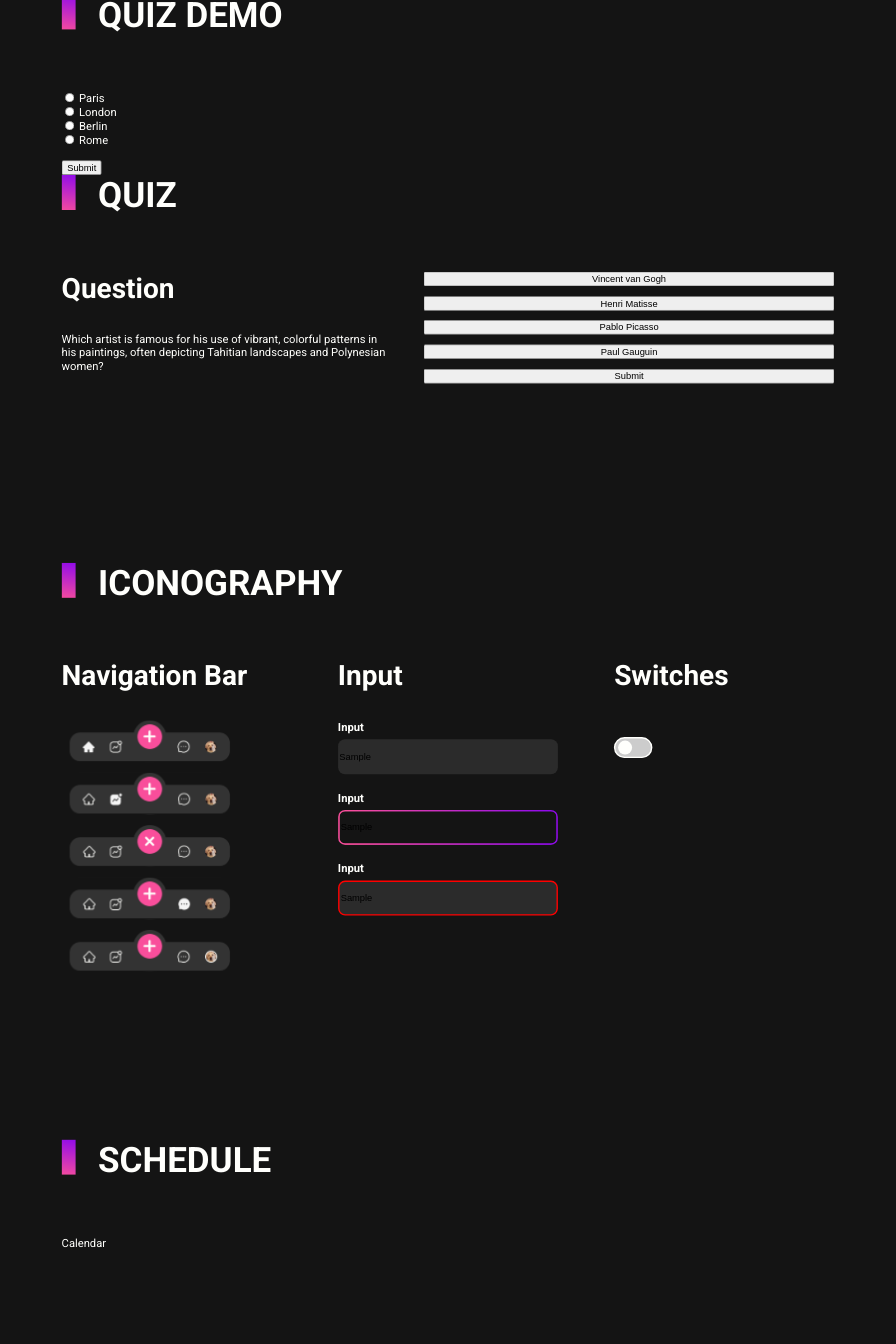
Repository: MonicaNguyenH/artflow_frontend_vanJS
Page: index.html
The author's editor kept a copy of each file at every save. The page is drawn from the files as they stood at one save, then again after the next save.
The browser window is 1280 px wide. The pictures show the part of the page from y = 2510 to 4430 px (the page is 4959 px tall before and 4978 px after), at 70% of full size.
Empty fields were first filled with sample values (such as "Sample", 5 or name@example.com).
After loading, the first visible `button` was clicked once.
Some web fonts or font styles are not loaded; a fallback is used.

Above is the page before, as saved 2024-05-10 00:38:58.

After the next save:
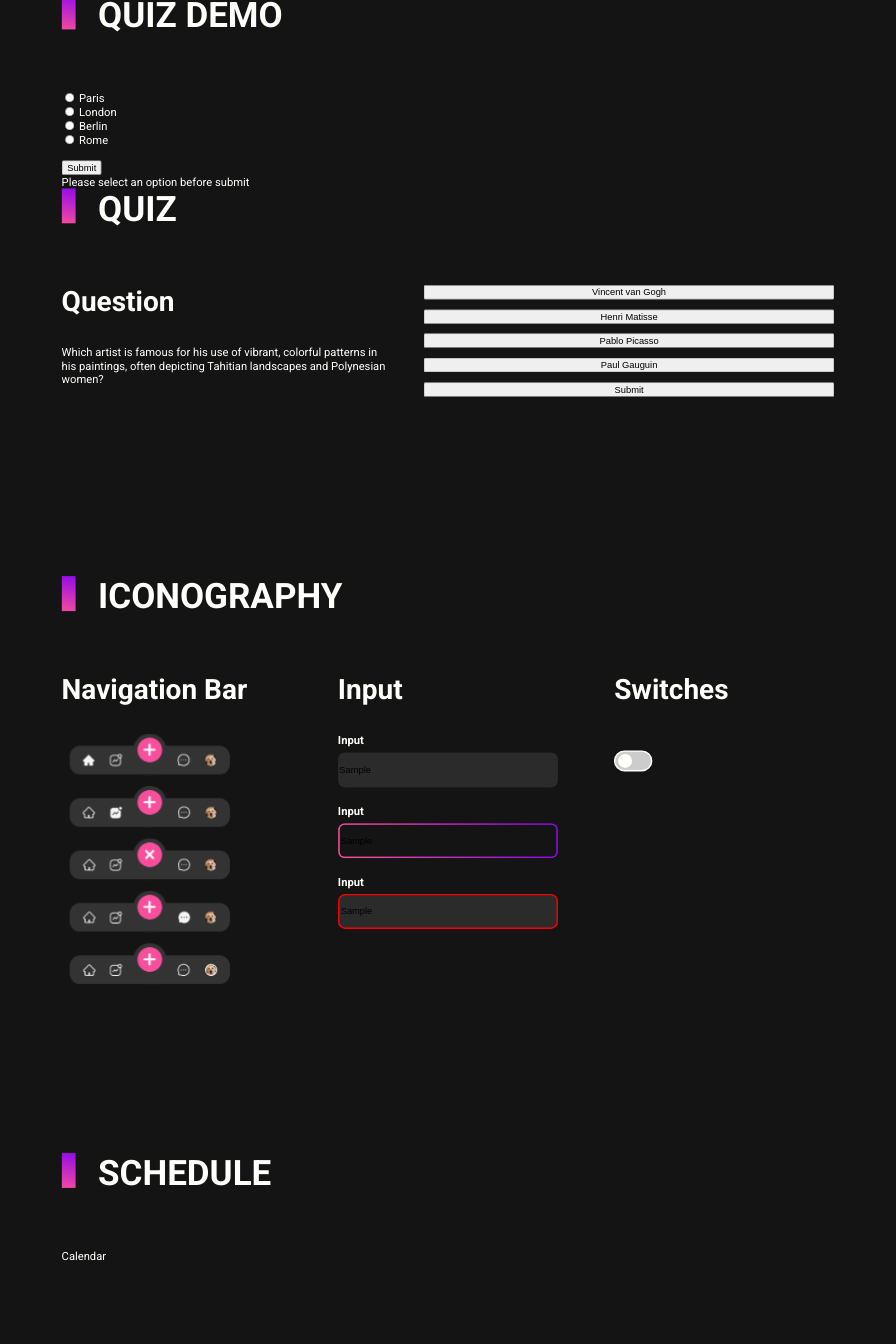
Saved 5 min 33 s later.
--- a/script.js
+++ b/script.js
@@ -45,7 +45,25 @@ function checkAnswer() {
 
   if (selectedAnswer) {
     if (selectedAnswer.id === "Henri") {
-      showAlert()
+      showAlert("Correct! Henri Matisse used bold colors and simplified forms to capture the exoticism and beauty.");
+    } else {
+      showAlert("Wrong! The correct answer is Henri Matisse.");
     }
+  } else {
+    showAlert("Please select an option before submit");
   }
 }
+
+function showAlert(message) {
+  var alertContainer = document.getElementById("alert-container");
+
+  var alertBox = document.createElement("div");//element specified by tag name
+  alertBox.classList.add("alert");
+  alertBox.textContent = message;
+  alertContainer.appendChild(alertBox);
+
+  //remove the alert after 3 seconds
+  setTimeout(function() {
+    alertBox.parentNode.removeChild(alertBox);
+  }, 3000);
+}
